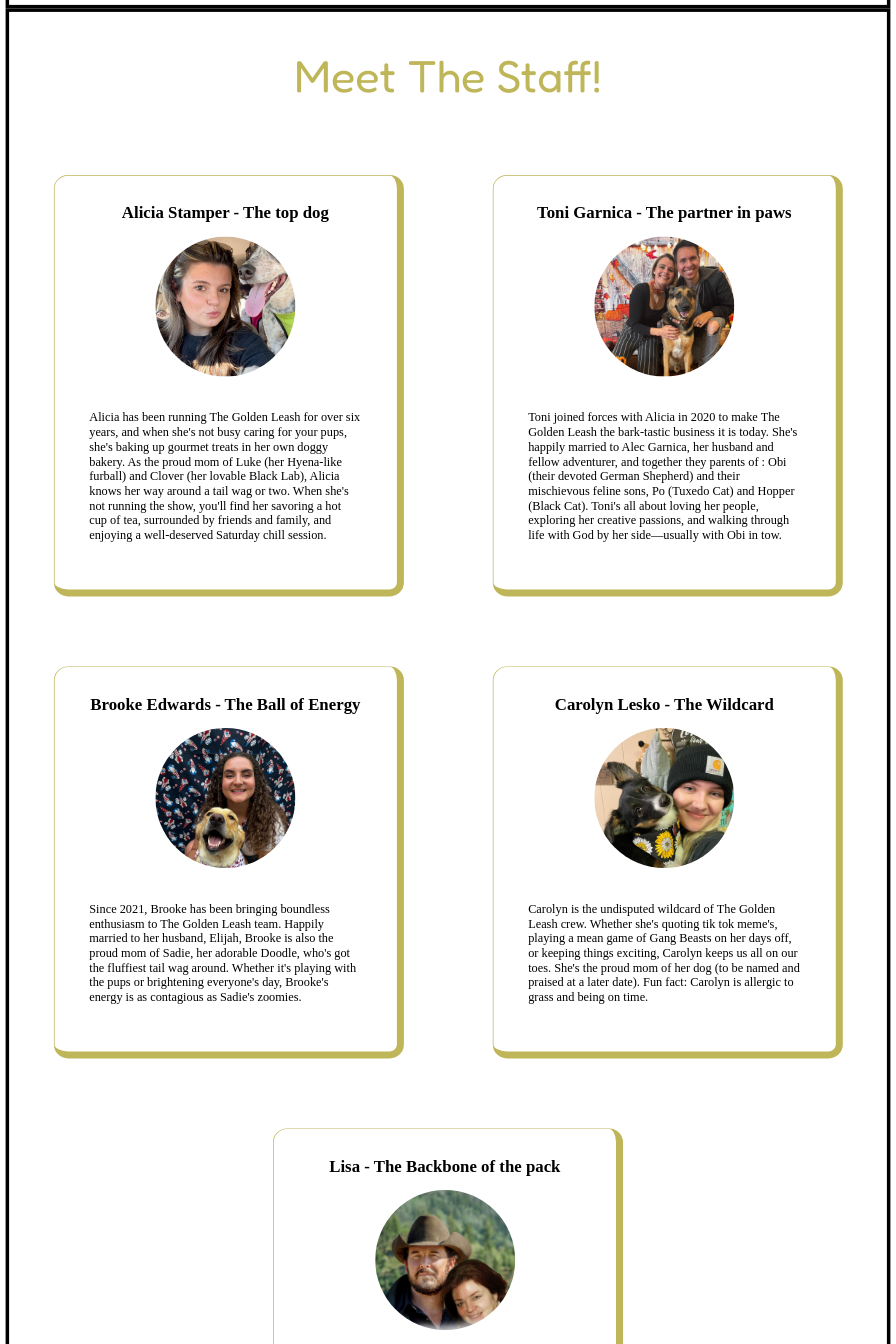
Repository: Aworminator/Thegoldenleash
Page: index.html
These files come from the project's save history. The page is drawn as it stood at one moment and after a run of saves; the edit follows.
The browser window is 1280 px wide. The pictures show the part of the page from y = 1890 to 3810 px (the page is 4783 px tall before and 3157 px after), at 70% of full size.

Above is the page before, as saved 2025-07-20 22:50:55.

### index.html
<!DOCTYPE html>
<html lang="en">
  <head>
    <meta charset="UTF-8" />
    <meta name="viewport" content="width=device-width, initial-scale=1.0" />
    <title>The Golden Leash</title>
    <link
      rel="stylesheet"
      href="https://cdnjs.cloudflare.com/ajax/libs/font-awesome/6.5.0/css/all.min.css"
      integrity="sha512-..."
      crossorigin="anonymous"
      referrerpolicy="no-referrer"
    />
    <link rel="stylesheet" href="style.css" />
    <link rel="preconnect" href="https://fonts.googleapis.com" />
    <link rel="preconnect" href="https://fonts.gstatic.com" crossorigin />
    <link
      href="https://fonts.googleapis.com/css2?family=Fredoka:wght@300..700&display=swap"
      rel="stylesheet"
    />

    <!-- Everything is great. Look up ideas on how to make everything else translate
    with media query. The logo is fixed, however, other things get messed up after
    the resolution hits a certain point. Figure out how to fix that next. -->
  </head>
  <body>
    <section class="home-page">
      <div class="image-container">
        <div>
          <img src="./Images/GoldenLeashLogo No Nose.png" class="logo" />
        </div>

        <ul class="list">
          <li class="list-item" id="story">Our Story</li>
          <li class="list-item" id="service">Services</li>
          <li class="list-item" id="contact">Contact Us</li>
        </ul>
      </div>
    </section>

    <section class="our-story">
      <h1>Our Story</h1>
      <p class="story-info info">
        Lorem ipsum odor amet, consectetuer adipiscing elit. Aenean quis
        bibendum condimentum mauris primis integer sollicitudin porttitor.
        Blandit condimentum aptent condimentum orci rhoncus pellentesque euismod
        a. Varius imperdiet fermentum aptent mollis sem eu. Mattis ante pharetra
        quisque nam odio nascetur per. Vitae pellentesque massa facilisi
        maecenas ligula felis. Tristique pulvinar iaculis inceptos lectus elit
        fusce. <br /><br />
        Nisl erat purus sem imperdiet varius erat taciti cursus. Leo ante lectus
        potenti lacus viverra senectus commodo fringilla. Imperdiet est
        parturient ornare imperdiet tempor vulputate. Parturient porttitor
        quisque platea turpis vel porta. Torquent feugiat curabitur posuere
        hendrerit ipsum eros vel erat. Aenean netus proin arcu taciti nec
        efficitur ullamcorper.
      </p>
    </section>

    <section class="services">
      <h1>Services</h1>
      <div class="icon-container">
        <i class="fa-solid fa-house icon" id="boarding"></i>
        <i class="fa-solid fa-dog icon" id="daycare"></i>
        <i class="fa-solid fa-paw icon" id="walks"></i>
        <i class="fa-solid fa-bath icon" id="grooming"></i>
      </div>
      <h1>Click for Info</h1>
      <div class="service-info info" id="boarding">
        <h3>Boarding</h3>
        <h3>$75 Per/Night</h3>
        <h3>$80 Per/Night (In Home Boarding)</h3>
        <p>
          At The Golden Leash, our boarding service is truly cage-free—your dog
          enjoys a comfortable, home-like environment 24/7 with no kennels or
          crates. We believe every pup deserves freedom, companionship, and
          personalized attention, so they’re never confined and always part of
          the family. <br /><br />
          For dogs who prefer familiar surroundings, we also offer in-home
          boarding. Our trusted staff can stay at your home, ensuring your dog’s
          routine and comfort are maintained while you’re away. Whether at our
          place or yours, your dog receives loving care, playtime, and
          relaxation—just like they’re at home!
        </p>
      </div>
      <div class="service-info info" id="daycare">
        <h3>Daycare</h3>
        <h3>$35 Full Day (6-9 Hours)</h3>
        <h3>$25 Half Day (3-5 Hours)</h3>
        <p>
          At The Golden Leash, our doggy daycare is a great environment where
          your pup can play, socialize, and relax just like at home. We believe
          dogs thrive when they’re free to interact and explore, so we provide
          supervised group play and plenty of space for every personality.
          <br /><br />
          Our experienced staff ensures each dog’s safety and comfort, offering
          personalized attention throughout the day. Whether your dog loves to
          romp with friends or prefers quiet time, we tailor their experience to
          meet their needs. Give your dog a fun, stress-free day—no cages, just
          care!
        </p>
      </div>
      <div class="service-info info" id="walks">
        <h3>Walks</h3>
        <h3>$25</h3>
        <h4>(Starting at)</h4>
        <p>
          At The Golden Leash, we bring personalized care directly to you! Our
          team will stop by to check on your dog and take them for a walk
          tailored to their needs. Each walk typically lasts around 45 minutes,
          giving your pup plenty of exercise and attention. <br /><br />
          Your dog's safety and well-being are our top priorities. That’s why we
          monitor the weather closely, ensuring your furry friend isn’t exposed
          to unsafe conditions. We avoid walks in temperatures below 28°F, and
          during extreme heat, we’ll adjust walk times to protect your dog’s
          paws from hot sidewalks. Because your dog deserves the very best
          care—rain, shine, or snow!
        </p>
      </div>
      <div class="service-info info" id="grooming">
        <h3>Grooming</h3>
        <h3>$40 Basic Bath</h3>
        <h3>$50 Deshed</h3>
        <h4>(Starting at)</h4>
        <p>
          At The Golden Leash, our grooming service is designed to keep your dog
          looking and feeling their best in a stress-free, cage-free
          environment. We offer baths, brush-outs, nail trims, ear cleaning, and
          more—always tailored to your pup’s needs and comfort. <br /><br />
          Our experienced staff uses gentle techniques and high-quality products
          to ensure a safe, positive experience for every dog. Whether your pup
          needs a quick freshen-up or a full spa treatment, we provide
          personalized care with plenty of love and attention. Book a grooming
          session and let your dog shine!
        </p>
      </div>
    </section>

    <section class="staff">
      <h1>Meet The Staff!</h1>
      <div id="staff-cards"></div>
    </section>

    <section class="contact">
      <h1>Contact Us</h1>
      <form class="contact-form">
        <div class="form-group">
          <label for="name">Name</label>
          <input type="text" id="name" name="name" required />
        </div>
        <div class="form-group">
          <label for="email">Email</label>
          <input type="email" id="email" name="email" required />
        </div>
        <div class="form-group">
          <label for="message">Message</label>
          <textarea id="message" name="message" rows="5" required></textarea>
        </div>
        <button type="submit" class="contact-btn">Send Message</button>
      </form>
    </section>
    <script src="script.js"></script>
  </body>
</html>

### style.css
h1 {
  font-family: "Fredoka", serif;
  font-optical-sizing: auto;
  font-weight: 400; /* Replace <weight> with a valid value */
  font-style: normal;
  color: #bfb65a;
  font-variation-settings: "wdth" 100;
  text-align: center;
  font-size: 4em;
}

h2 {
  text-align: center;
}

.image-container {
  display: flex;
  flex-direction: row;
  justify-content: space-around;
}

.home-page {
  border: black solid 5px;
  min-height: 50vh;
}

.services,
.staff,
.contact,
.our-story {
  border: black solid 5px;
  min-height: 600px;
}

.logo {
  width: 100%;
  max-width: 600px; /* or whatever the largest size you want */
  height: auto;
  display: block;
}

.list {
  font-size: 3em;
  padding: 50px;
}

li {
  font-family: "Fredoka", serif;
  font-optical-sizing: auto;
  font-weight: 400; /* Replace <weight> with a valid value */
  font-style: normal;
  color: #bfb65a;
  font-variation-settings: "wdth" 100;
  font-size: 1.3em;
  margin-bottom: 80px;
  text-shadow: 3px 3px 0px rgba(191, 183, 90, 0.336),
    0 0 16px rgba(191, 182, 90, 0.25);
}

.icon-container {
  display: flex;
  justify-content: center;
}

.icon {
  background-color: #bfb65a;
  width: 100px;
  aspect-ratio: 1 / 1;
  border-radius: 50%;
  display: flex;
  justify-content: center;
  align-items: center;
  font-size: 2em;
  margin: 30px;
}

.icon:hover,
.list-item:hover {
  transform: scale(1.1);
  transition: transform 0.2s;
}

.icon:active,
.list-item:active {
  transform: scale(0.9);
  transition: transform 0.2s;
}

.service-info,
.story-info {
  text-align: center;
  font-size: 1.5rem;
  margin: 100px;
}

.service-info {
  display: none;
  max-width: 1000px;
  /* width: 100%; */
  margin: 80px auto;
  background-color: rgb(229, 229, 229);
  border-radius: 10px;
  padding: 5px;
  animation: slide-fwd-tr 1.3s cubic-bezier(0.25, 0.46, 0.45, 0.94) both;
}

.service-info p {
  max-width: 500px;
  /* width: 1000%; */
  margin: 50px auto;
}

.card {
  width: 100%;
  max-width: 500px;
  border: none;
  border-bottom: 10px solid #bfb65a;
  border-right: 10px solid #bfb65a;
  border-top: 1px solid #bfb65a;
  border-left: 1px solid #bfb65a;
  border-radius: 20px;
  display: flex;
  flex-direction: column;
  justify-content: flex-start;
  align-items: center;
  margin: 50px;
  padding: 20px;
  box-sizing: border-box;
  overflow-wrap: break-word;
  word-wrap: break-word;
}

.profile-pic {
  height: 200px;
  border-radius: 50%;
  object-fit: cover;
  object-position: top;
  width: 200px;
}

.profile-pic:hover {
  transform: scale(1.15);
  transition: transform 0.2s;
}

#staff-cards {
  display: flex;
  flex-direction: row;
  flex-wrap: wrap;
  align-items: center;
  justify-content: space-around;
}

.staff-info {
  padding: 30px;
  font-size: 1.1em;
}

@keyframes slide-fwd-tr {
  0% {
    opacity: 0%;
    transform: translateZ(180px) translateY(120px) translateX(-120px);
  }
  100% {
    opacity: 100%;
    transform: translateZ(0px) translateY(0px) translateX(0px);
  }
}

@media (max-width: 900px) {
  .image-container {
    flex-direction: column;
    align-items: center;
  }

  .info {
    font-size: 0.8em;
    width: 50%;
    /* figure out a way to make this wider */
  }

  .icon {
    font-size: 1.4em;
    margin: 15px;
  }

  .staff-info {
    font-size: 1.2em;
    overflow: visible;
    padding: 10px;
  }

  .card {
    margin: 20px;
    padding: 20px;
  }

  h1 {
    font-size: 2.5em;
  }

  li {
    font-size: 1em;
  }

  h2 {
    font-size: 1.2em;
    padding: 5px;
  }
}

@media (max-width: 600px) {
  .contact-form {
    padding: 18px 8px 14px 8px;
    max-width: 95vw;
  }
}

/* Contact Form Styles */
.contact-form {
  max-width: 500px;
  margin: 40px auto 0 auto;
  border-radius: 16px;
  box-shadow: 0 4px 24px rgba(191, 182, 90, 0.15);
  padding: 32px 28px 24px 28px;
  display: flex;
  flex-direction: column;
  gap: 18px;
}
.form-group {
  display: flex;
  flex-direction: column;
  gap: 6px;
}
.contact-form label {
  font-size: 1.1em;
  color: black;
  font-weight: 600;
  margin-bottom: 2px;
}
.contact-form input,
.contact-form textarea {
  padding: 10px 12px;
  border: 1.5px solid black;
  border-radius: 8px;
  font-size: 1em;
  font-family: inherit;
  transition: border 0.2s;
}
.contact-form input:focus,
.contact-form textarea:focus {
  outline: none;
  border: 2px solid black;
}
.contact-btn {
  background: #bfb65a;
  color: #fff;
  border: none;
  border-radius: 8px;
  padding: 12px 0;
  font-size: 1.1em;
  font-weight: 700;
  cursor: pointer;
  margin-top: 10px;
  box-shadow: 0 2px 8px rgba(191, 182, 90, 0.12);
  transition: background 0.2s, transform 0.2s;
}
.contact-btn:hover {
  background: #a49e4a;
  transform: translateY(-2px) scale(1.03);
}

### script.js
const staffMembers = [
  {
    name: "Alicia Stamper",
    title: "The top dog",
    image: "./Images/Staff Pictures/Alicia TGL Picture.jpg",
    info: "Alicia has been running The Golden Leash for over six years, and when she's not busy caring for your pups, she's baking up gourmet treats in her own doggy bakery. As the proud mom of Luke (her Hyena-like furball) and Clover (her lovable Black Lab), Alicia knows her way around a tail wag or two. When she's not running the show, you'll find her savoring a hot cup of tea, surrounded by friends and family, and enjoying a well-deserved Saturday chill session.",
  },
  {
    name: "Toni Garnica",
    title: "The partner in paws",
    image: "./Images/Staff Pictures/Toni TGL Picture.jpg",
    info: "Toni joined forces with Alicia in 2020 to make The Golden Leash the bark-tastic business it is today. She's happily married to Alec Garnica, her husband and fellow adventurer, and together they parents of : Obi (their devoted German Shepherd) and their mischievous feline sons, Po (Tuxedo Cat) and Hopper (Black Cat). Toni's all about loving her people, exploring her creative passions, and walking through life with God by her side—usually with Obi in tow.",
  },
  {
    name: "Brooke Edwards",
    title: "The Ball of Energy",
    image: "./Images/Staff Pictures/Brooke TGL Picture.jpg",
    info: "Since 2021, Brooke has been bringing boundless enthusiasm to The Golden Leash team. Happily married to her husband, Elijah, Brooke is also the proud mom of Sadie, her adorable Doodle, who's got the fluffiest tail wag around. Whether it's playing with the pups or brightening everyone's day, Brooke's energy is as contagious as Sadie's zoomies.",
  },
  {
    name: "Carolyn Lesko",
    title: "The Wildcard",
    image: "./Images/Staff Pictures/Carolyn TGL Picture.jpg",
    info: "Carolyn is the undisputed wildcard of The Golden Leash crew. Whether she's quoting tik tok meme's, playing a mean game of Gang Beasts on her days off, or keeping things exciting, Carolyn keeps us all on our toes. She's the proud mom of her dog (to be named and praised at a later date). Fun fact: Carolyn is allergic to grass and being on time.",
  },
  {
    name: "Lisa",
    title: "The Backbone of the pack",
    image: "./Images/Staff Pictures/Lisa and rip Van Winkle.png",
    info: "Lisa is the kind of hard worker who makes everything run like clockwork at The Golden Leash. With her unmatched dedication and a can-do attitude, she's the go-to person for getting things done. Whether it's caring for pups, organizing schedules, or simply being awesome, Lisa brings a level of expertise and warmth that every team dreams of having. We're lucky to have her!",
  },
];

const story = document.querySelector("#story");
const services = document.querySelector("#services");
const contact = document.querySelector("#contact");
const storySection = document.querySelector(".our-story");
const servicesSection = document.querySelector(".services");
const contactSection = document.querySelector(".contact");
const house = document.querySelector(".fa-house");
const dog = document.querySelector(".fa-dog");
const paw = document.querySelector(".fa-paw");
const bath = document.querySelector(".fa-bath");
const serviceInfo = document.querySelector(".service-info");
const boarding = document.querySelector("#boarding");
const grooming = document.querySelector("#grooming");
const walks = document.querySelector("#walks");
const daycare = document.querySelector("#daycare");
const service = document.querySelector(".services");
const staffCards = document.querySelector("#staff-cards");
const iconContainer = document.querySelectorAll(".icon-container i");

let allSections = document.querySelectorAll(".service-info");

// Loop for the list items.

// FIX THIS. Make it go to each section class.
document.querySelectorAll(".list-item").forEach((list) => {
  list.addEventListener("click", () => {
    const targetID = list.id;
    const targetSection = document.getElementById(targetID);

    if (targetSection) targetSection.scrollIntoView({ behavior: "smooth" });
  });
});

story.addEventListener("click", () => {
  storySection.scrollIntoView({ behavior: "smooth" });
});

story.addEventListener("click", () => {
  storySection.scrollIntoView({ behavior: "smooth" });
});

// Loop for the icons.
iconContainer.forEach((icon) => {
  icon.addEventListener("click", () => {
    const sectionId = icon.id;

    allSections.forEach((section) => {
      section.style.display = section.id === sectionId ? "block" : "none";
    });
    const targetSection = document.getElementById(sectionId);
    if (targetSection) targetSection.scrollIntoView({ behavior: "smooth" });
  });
});

staffMembers.forEach((person) => {
  const newCard = document.createElement("div");
  newCard.classList.add("card");
  newCard.innerHTML = `<h2>${person.name} - ${person.title}</h2>
          <img
            src="${person.image}"
            alt="${person.name} Profile-Pic"
            class="profile-pic"
          />
          <p class="staff-info info">
            ${person.info}
          </p>`;
  staffCards.appendChild(newCard);
});

After the next 4 saves:
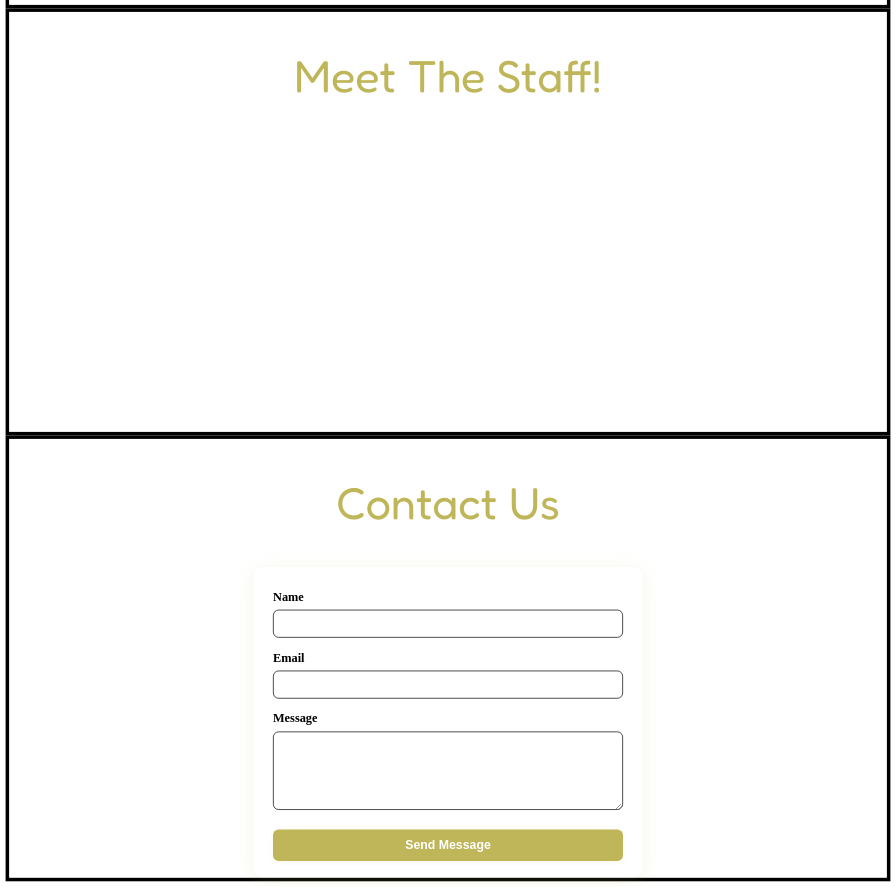
Console error: TypeError: Cannot read properties of null (reading 'addEventListener')
The 4 saves are shown as one change because they came seconds apart.
The last was saved 12 s later.
--- a/script.js
+++ b/script.js
@@ -68,7 +68,7 @@
   storySection.scrollIntoView({ behavior: "smooth" });
 });
 
-story.addEventListener("click", () => {
+services.addEventListener("click", () => {
   storySection.scrollIntoView({ behavior: "smooth" });
 });
 

After the 6 saves that followed:
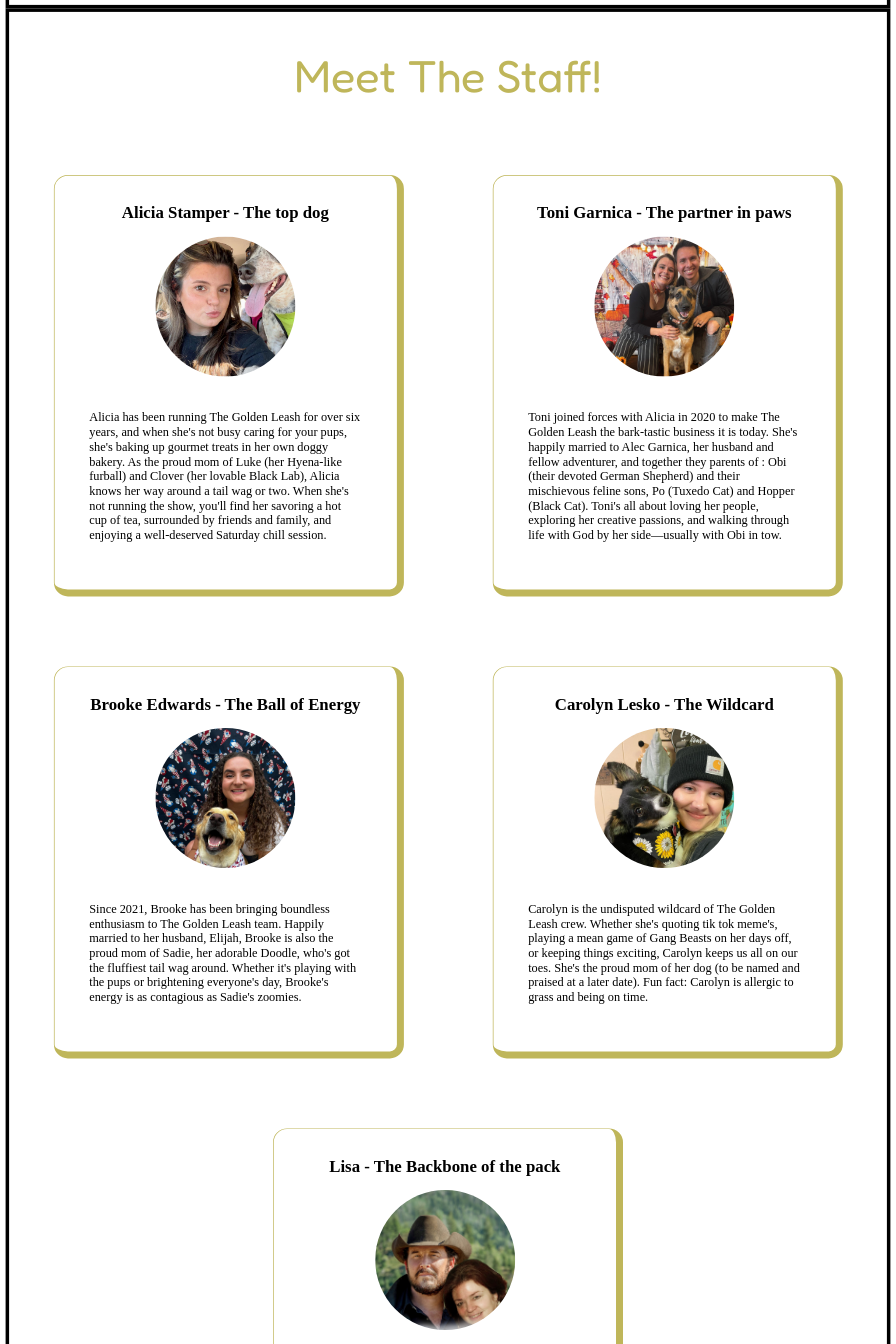
The error is gone.
The 6 saves are shown as one change because 3 left the picture as it was and some came seconds apart.
The last was saved 2 min 42 s later.
--- a/script.js
+++ b/script.js
@@ -32,7 +32,7 @@
 ];
 
 const story = document.querySelector("#story");
-const services = document.querySelector("#services");
+const services = document.querySelector("#service");
 const contact = document.querySelector("#contact");
 const storySection = document.querySelector(".our-story");
 const servicesSection = document.querySelector(".services");
@@ -69,7 +69,11 @@
 });
 
 services.addEventListener("click", () => {
-  storySection.scrollIntoView({ behavior: "smooth" });
+  servicesSection.scrollIntoView({ behavior: "smooth" });
+});
+
+contact.addEventListener("click", () => {
+  contactSection.scrollIntoView({ behavior: "smooth" });
 });
 
 // Loop for the icons.
